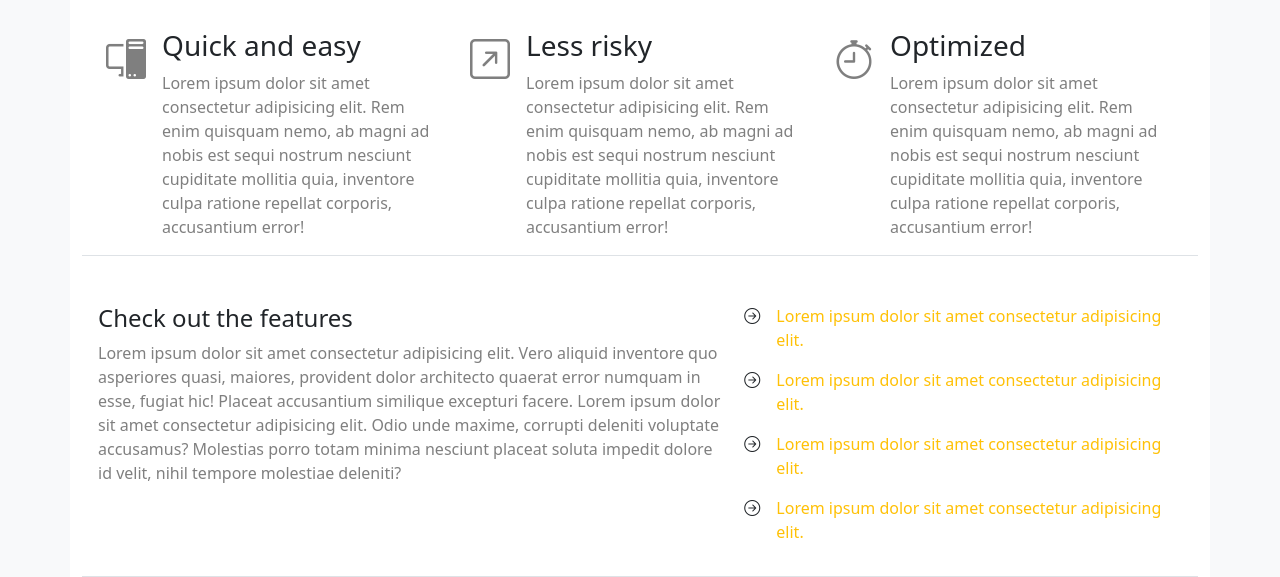
Repository: lyvandat/dh---bootstrap1
Page: index.html
An editor plug-in stored every save of this project. The page is shown before and after the next save, followed by the edit.
The browser window is 1280 px wide. The pictures show the part of the page from y = 545 to 1126 px (the page is 1122 px tall before and 1126 px after).
A picture or video elsewhere on the page could not be fetched, so the positions and the page height are approximate. Some web libraries are served in a nearby version.

Above is the page before, as saved 2022-11-01 21:00:11.

### index.html
<!DOCTYPE html>
<html lang="en">
  <head>
    <!-- Required meta tags -->
    <meta charset="utf-8" />
    <meta name="viewport" content="width=device-width, initial-scale=1" />

    <!-- Bootstrap CSS -->
    <link
      href="https://cdn.jsdelivr.net/npm/bootstrap@5.0.2/dist/css/bootstrap.min.css"
      rel="stylesheet"
      integrity="sha384-EVSTQN3/azprG1Anm3QDgpJLIm9Nao0Yz1ztcQTwFspd3yD65VohhpuuCOmLASjC"
      crossorigin="anonymous"
    />
    <link
      rel="stylesheet"
      href="https://cdn.jsdelivr.net/npm/bootstrap-icons@1.9.1/font/bootstrap-icons.css"
    />
    <link rel="stylesheet" href="./default.css">
    <title>Hello, world!</title>
  </head>
  <body class="bg-light">
    <div class="container bg-white">
      <section
        class="container align-items-center bg-white border-bottom border-gray py-4"
      >
        <div class="row px-0">
          <div class="col-2 d-inline-flex">
            <i class="bi bi-activity fs-3"></i>
            <h2>Target</h2>
          </div>
          <div class="col-6 d-flex align-items-center">
            <div class="text-gray font-style-italic text-black-50">
              Premium landing page templates
            </div>
          </div>
          <div class="col-3 d-flex align-items-center">
            <h3 class="fs-5">Call Now!: 1-800-123-456</h3>
          </div>
        </div>
      </section>

      <!-- intro -->
      <div class="border-bottom border-gray">
      <section class="px-3 row mt-5 d-flex align-items-stretch border-bottom border-gray pb-5">
        <div class="col-6 d-flex flex-column justify-content-between">
          <h2>The perfect way to convert your traffic into sales</h2>
          <article class="text-black-50">
            Lorem ipsum dolor sit amet consectetur adipisicing elit. Incidunt
            voluptatibus non itaque, ut aperiam necessitatibus rem impedit
            cupiditate. Eius perferendis ipsam impedit deserunt repellat
            reiciendis, error ducimus eum ratione iusto.
            <br></br>
            cupiditate. Eius perferendis ipsam impedit deserunt repellat
            reiciendis, error ducimus eum ratione iusto.
          </article>
          <div class="d-flex justify-content-center align-items-center mt-4">
            <button
              class="btn rounded-pill bg-warning bg-gradient border border-black fs-3"
            >
              Purchase now
            </button>
            <span class="d-block mx-4 fw-bold fs-6">Or</span>
            <button
              class="btn rounded-pill bg-light bg-gradient border border-black fs-3"
            >
              Take a tour
            </button>
          </div>
        </div>
        <div class="col-6">
          <img
            class="mw-100 img"
            src="https://images.unsplash.com/photo-1448375240586-882707db888b?ixlib=rb-4.0.3&ixid=MnwxMjA3fDB8MHxwaG90by1wYWdlfHx8fGVufDB8fHx8&auto=format&fit=crop&w=1170&q=80"
          />
        </div>
      </section>
    </div>

      <div class="border-bottom border-gray">
      <section class="px-4 row text-black-50 mt-5">
        <div class="col-4 d-flex align-items-start">
          <i class="bi bi-pc-display fs-1"></i>
          <div class="ms-3">
            <h3 class="text-dark">Quick and easy</h3>
            <p class="fw-medium">Lorem ipsum dolor sit amet consectetur adipisicing elit. Rem enim quisquam nemo, ab magni ad nobis est sequi nostrum nesciunt cupiditate mollitia quia, inventore culpa ratione repellat corporis, accusantium error!</p>
          </div>
        </div>
        <div class="col-4 d-flex align-items-start">
          <i class="bi bi-arrow-up-right-square fs-1"></i>
          <div class="ms-3">
            <h3 class="text-dark">Less risky</h3>
            <p class="fw-medium">Lorem ipsum dolor sit amet consectetur adipisicing elit. Rem enim quisquam nemo, ab magni ad nobis est sequi nostrum nesciunt cupiditate mollitia quia, inventore culpa ratione repellat corporis, accusantium error!</p>
          </div>
        </div>
        <div class="col-4 d-flex align-items-start ">
          <i class="bi bi-stopwatch fs-1"></i>
          <div class="ms-3">
            <h3 class="text-dark">Optimized</h3>
            <p class="fw-medium">Lorem ipsum dolor sit amet consectetur adipisicing elit. Rem enim quisquam nemo, ab magni ad nobis est sequi nostrum nesciunt cupiditate mollitia quia, inventore culpa ratione repellat corporis, accusantium error!</p>
          </div>
        </div>
      </section>
    </div>
    <div class="border-bottom border-gray mt-5">
      <section class="row px-3 ">
        <div class="col-7"><h4>Check out the features</h4><p class="text-black-50 fw-medium">Lorem ipsum dolor sit amet consectetur adipisicing elit. Vero aliquid inventore quo asperiores quasi, maiores, provident dolor architecto quaerat error numquam in esse, fugiat hic! Placeat accusantium similique excepturi facere. Lorem ipsum dolor sit amet consectetur adipisicing elit. Odio unde maxime, corrupti deleniti voluptate accusamus? Molestias porro totam minima nesciunt placeat soluta impedit dolore id velit, nihil tempore molestiae deleniti?</p></div>
        <ul class="col-5">
          <li class="fs-6 d-flex">
            <i class="bi bi-arrow-right-circle"></i>
            <p class="text-warning ms-3">Lorem ipsum dolor sit amet consectetur adipisicing elit.</p>
          </li>
          <li class="fs-6 d-flex">
            <i class="bi bi-arrow-right-circle"></i>
            <p class="text-warning ms-3">Lorem ipsum dolor sit amet consectetur adipisicing elit.</p>
          </li>
          <li class="fs-6 d-flex">
            <i class="bi bi-arrow-right-circle"></i>
            <p class="text-warning ms-3">Lorem ipsum dolor sit amet consectetur adipisicing elit.</p>
          </li>
          <li class="fs-6 d-flex">
            <i class="bi bi-arrow-right-circle"></i>
            <p class="text-warning ms-3">Lorem ipsum dolor sit amet consectetur adipisicing elit.</p>
          </li>
        </ul>
      </section>
    </div>
    </div>



    <!-- Option 1: Bootstrap Bundle with Popper -->
    <script
      src="https://cdn.jsdelivr.net/npm/bootstrap@5.0.2/dist/js/bootstrap.bundle.min.js"
      integrity="sha384-MrcW6ZMFYlzcLA8Nl+NtUVF0sA7MsXsP1UyJoMp4YLEuNSfAP+JcXn/tWtIaxVXM"
      crossorigin="anonymous"
    ></script>
  </body>
</html>

Loaded but not shown: default.css (empty)

After the next save:
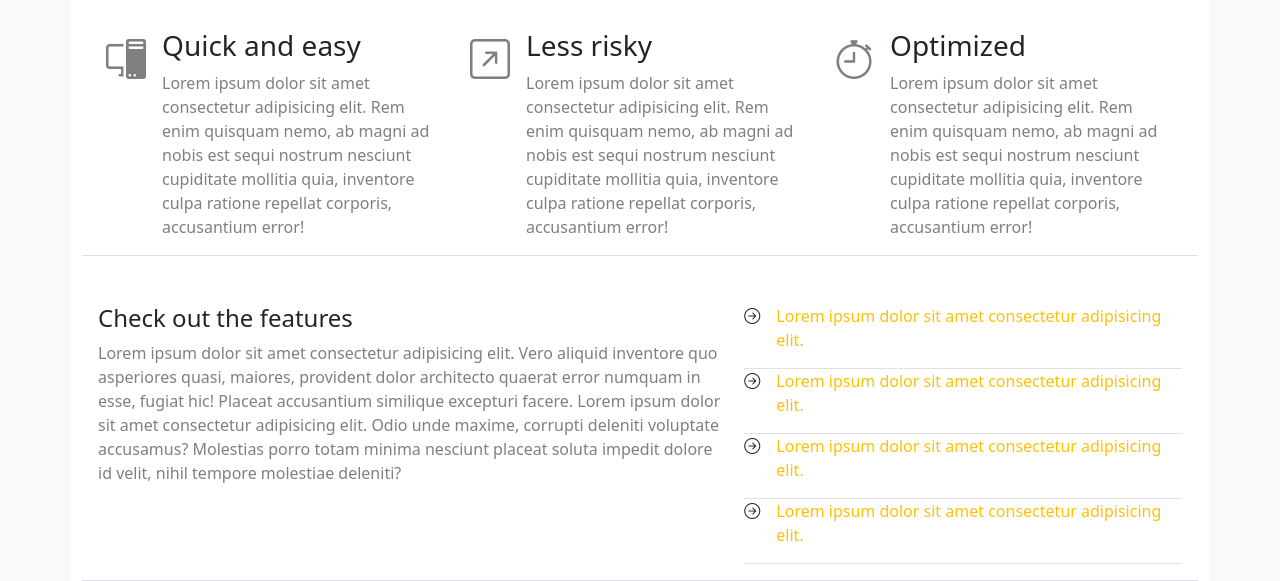
Saved 18 s later.
--- a/index.html
+++ b/index.html
@@ -106,19 +106,19 @@
       <section class="row px-3 ">
         <div class="col-7"><h4>Check out the features</h4><p class="text-black-50 fw-medium">Lorem ipsum dolor sit amet consectetur adipisicing elit. Vero aliquid inventore quo asperiores quasi, maiores, provident dolor architecto quaerat error numquam in esse, fugiat hic! Placeat accusantium similique excepturi facere. Lorem ipsum dolor sit amet consectetur adipisicing elit. Odio unde maxime, corrupti deleniti voluptate accusamus? Molestias porro totam minima nesciunt placeat soluta impedit dolore id velit, nihil tempore molestiae deleniti?</p></div>
         <ul class="col-5">
-          <li class="fs-6 d-flex">
+          <li class="fs-6 d-flex border-bottom border-gray">
             <i class="bi bi-arrow-right-circle"></i>
             <p class="text-warning ms-3">Lorem ipsum dolor sit amet consectetur adipisicing elit.</p>
           </li>
-          <li class="fs-6 d-flex">
+          <li class="fs-6 d-flex border-bottom border-gray">
             <i class="bi bi-arrow-right-circle"></i>
             <p class="text-warning ms-3">Lorem ipsum dolor sit amet consectetur adipisicing elit.</p>
           </li>
-          <li class="fs-6 d-flex">
+          <li class="fs-6 d-flex border-bottom border-gray">
             <i class="bi bi-arrow-right-circle"></i>
             <p class="text-warning ms-3">Lorem ipsum dolor sit amet consectetur adipisicing elit.</p>
           </li>
-          <li class="fs-6 d-flex">
+          <li class="fs-6 d-flex border-bottom border-gray">
             <i class="bi bi-arrow-right-circle"></i>
             <p class="text-warning ms-3">Lorem ipsum dolor sit amet consectetur adipisicing elit.</p>
           </li>
